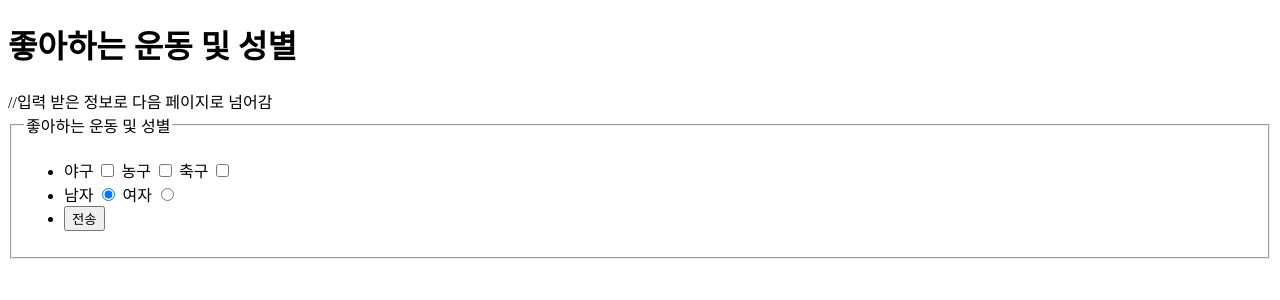
Repository: sgnq008-tech/JSP
Page: http://localhost/WebProject/test/sport.jsp
An editor plug-in stored every save of this project. The page is shown before and after the next save, followed by the edit.
The browser window is 1280 px wide. The pictures show the whole page.
The page is served by Tomcat 9.

Above is the page before, as saved 2026-09-08 00:48:30.

After the next save:
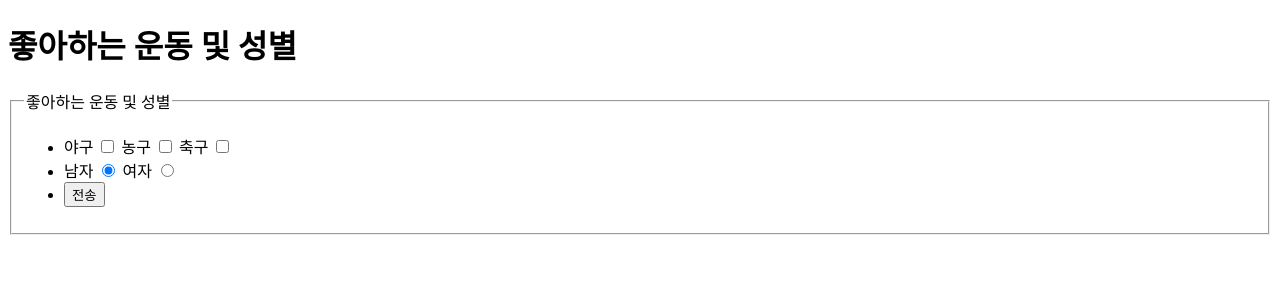
Saved 11 min 31 s later.
--- a/jsp_workspace/WebProject/src/main/webapp/test/sport.jsp
+++ b/jsp_workspace/WebProject/src/main/webapp/test/sport.jsp
@@ -8,7 +8,7 @@
 </head>
 <body>
 <h1>좋아하는 운동 및 성별</h1>
-<form action="Sport" method="post"> //입력 받은 정보로 다음 페이지로 넘어감
+<form action="Sport" method="post">
                 <fieldset>
                                 <legend>좋아하는 운동 및 성별</legend>
                                 <ul>
